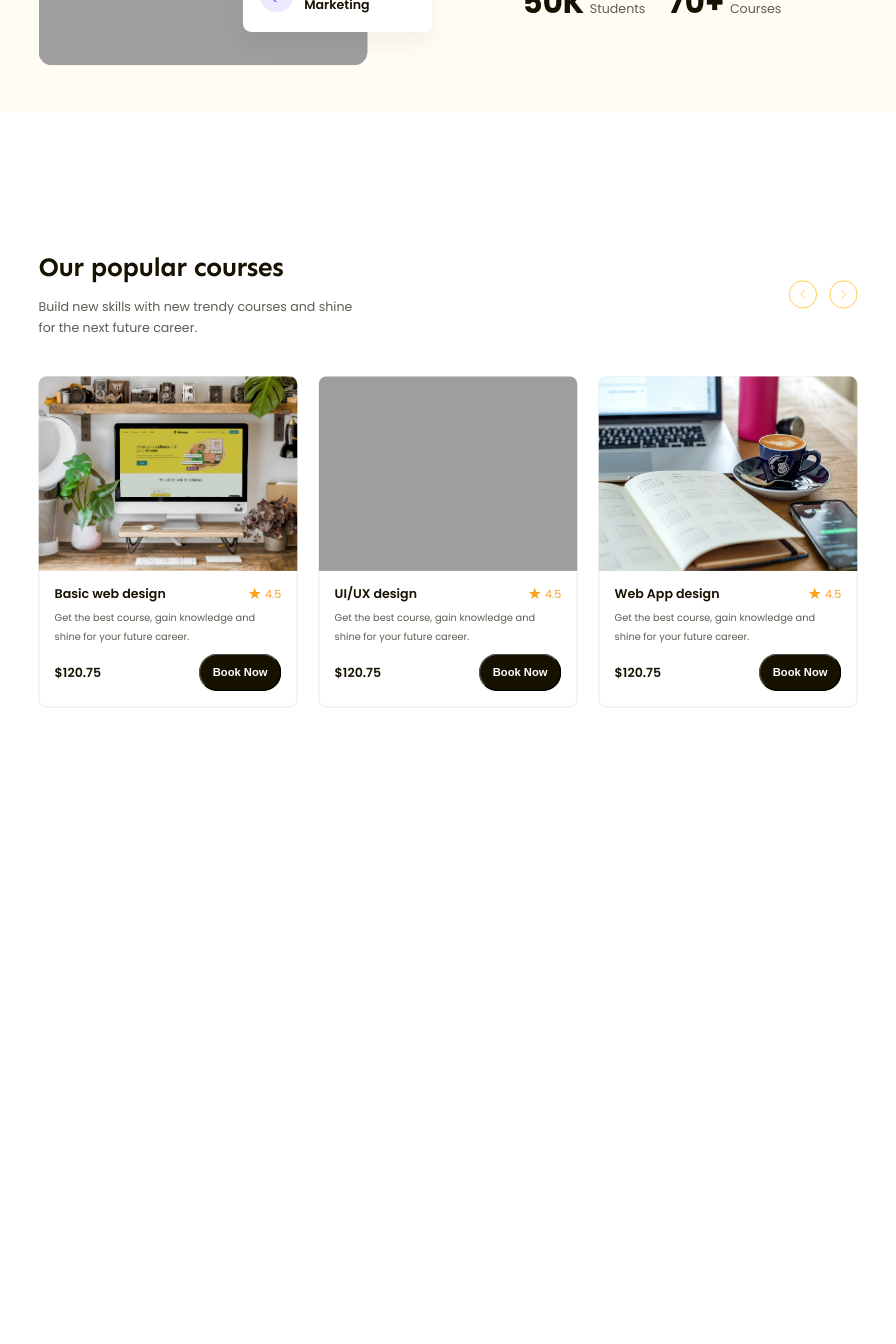
Repository: dovanlanh/f8-project-02
Page: index.html
The author's editor kept a copy of each file at every save. The page is drawn from the files as they stood at one save, then again after the next save.
The browser window is 1280 px wide. The pictures show the part of the page from y = 741 to 2661 px (the page is 10000 px tall), at 70% of full size.
Pictures or frames that could not be fetched are drawn as grey boxes.

Above is the page before, as saved 2023-02-05 21:38:14.

After the next save:
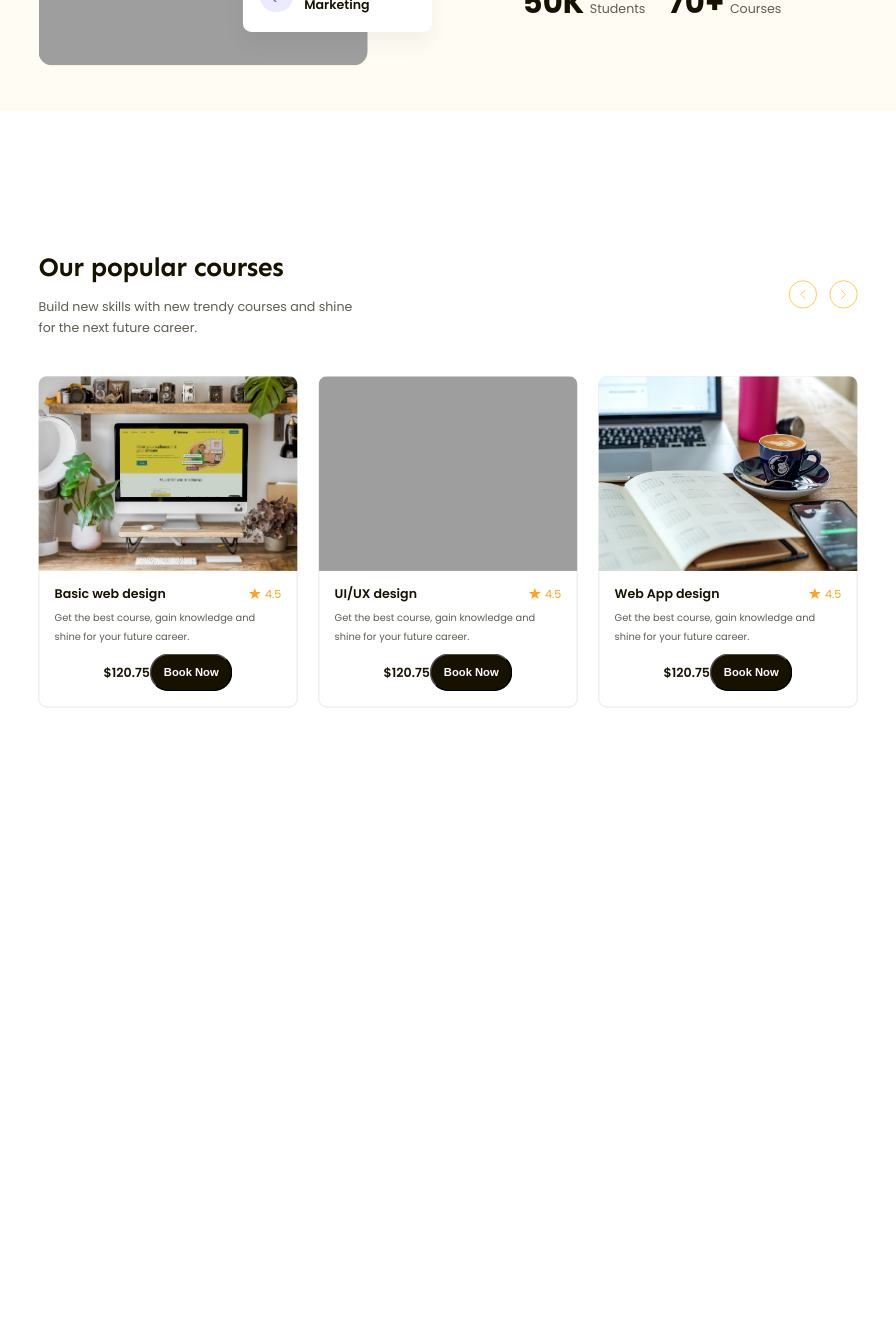
Saved 25 s later.
--- a/assets/css/styles.css
+++ b/assets/css/styles.css
@@ -310,7 +310,7 @@
 .popular .course-item .info {
     padding: 16px 22px 22px;
 }
-.popular .course-item .foot,
+/* .popular .course-item .foot, */
 .popular .course-item .rating,
 .popular .course-item .head {
     display: flex;
@@ -339,6 +339,9 @@
 }
 .popular .foot {
     margin-top: 12px;
+    display: flex;
+    align-items: center;
+    justify-content: center;
 }
 .popular .foot .price{
     font-weight: 600;

After the save that followed:
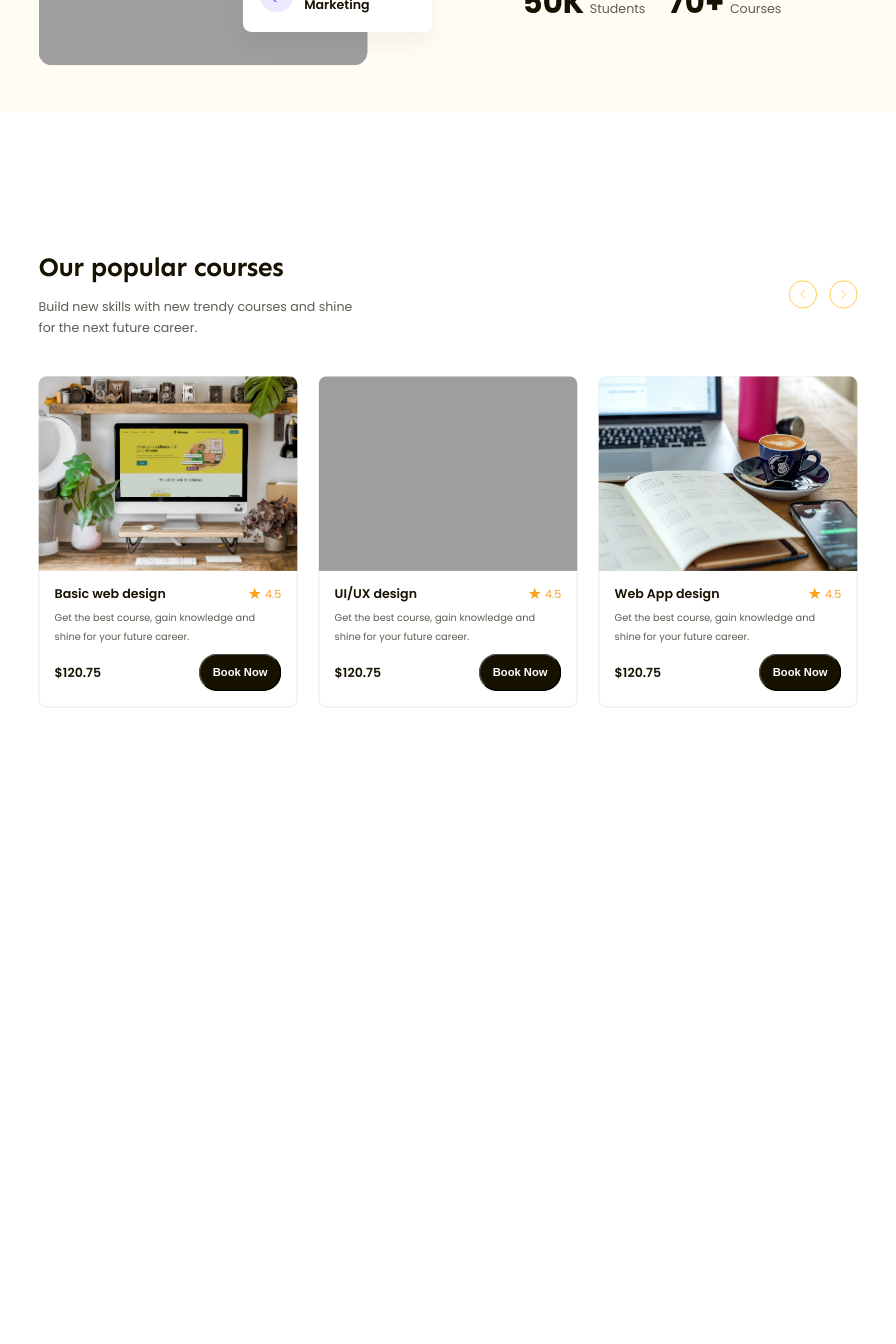
Saved 12 s later.
--- a/assets/css/styles.css
+++ b/assets/css/styles.css
@@ -341,7 +341,7 @@
     margin-top: 12px;
     display: flex;
     align-items: center;
-    justify-content: center;
+    justify-content: space-between;
 }
 .popular .foot .price{
     font-weight: 600;
